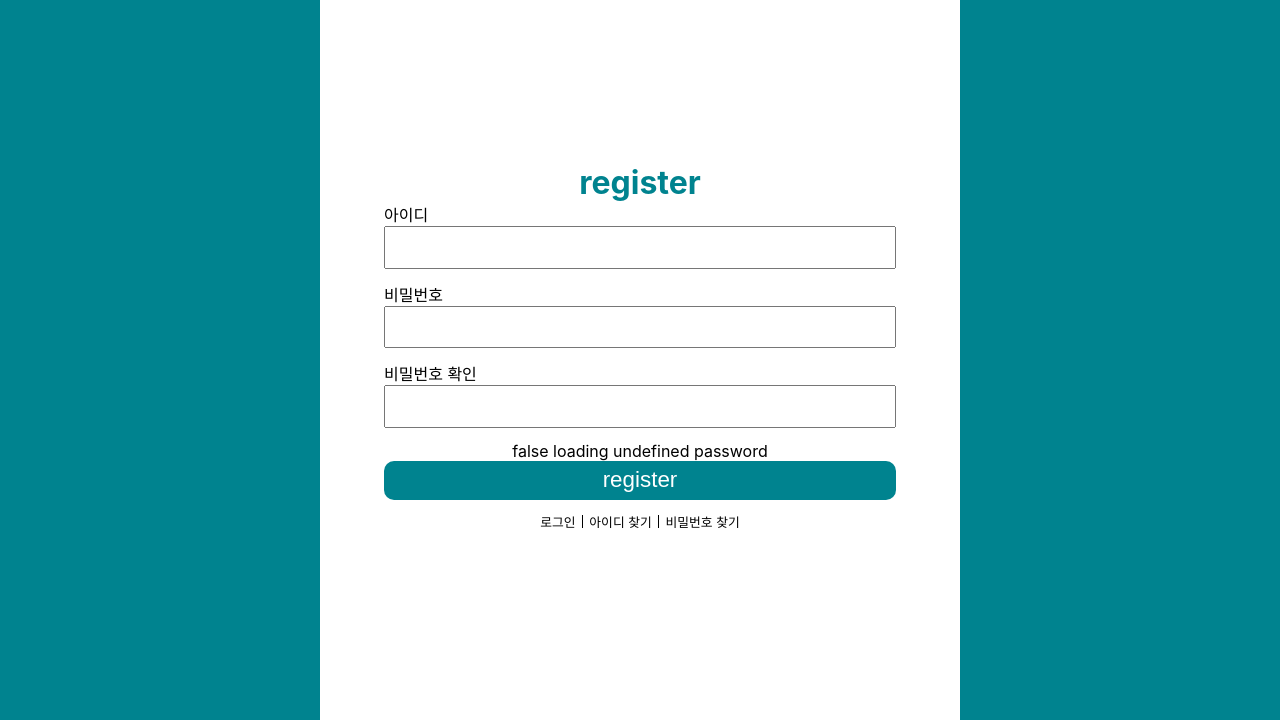
Repository: SeungYn/ticktickup-client
Page: /register
The author's editor kept a copy of each file at every save. The page is drawn from the files as they stood at one save, then again after the next save.
The browser window is 1280 px wide. The pictures show the whole page.
The project was rebuilt for these pictures with package versions that can differ from the ones it lists, and the page was loaded fresh each time. Also part of the build but not shown: src/App.tsx, src/pages/Main.tsx, src/pages/TimeDetail.tsx, src/pages/MyInfo.tsx, src/containers/auth/LoginFormContainer.tsx, src/pages/LoginPage.tsx.

Above is the page before, as saved 2023-01-03 20:56:18.

### src/index.tsx
import React from 'react';
import ReactDOM from 'react-dom/client';
import { createBrowserRouter, RouterProvider } from 'react-router-dom';

import './index.css';
import App from './App';
import Main from './pages/Main';
import TimeDetail from './pages/TimeDetail';
import MyInfo from './pages/MyInfo';
import LoginContainer from './pages/LoginPage';
import RegisterPage from './pages/RegisterPage';
import { Provider } from 'react-redux';
import { store } from './modules';

const root = ReactDOM.createRoot(
  document.getElementById('root') as HTMLElement
);

const router = createBrowserRouter([
  {
    path: '/',
    element: <App />,
    children: [
      { index: true, element: <Main /> },
      {
        path: 'TimeDetail',
        element: <TimeDetail />,
      },
      {
        path: 'Myinfo',
        element: <MyInfo />,
      },
    ],
  },
  {
    path: 'Login',
    element: <LoginContainer />,
  },
  {
    path: 'register',
    element: <RegisterPage />,
  },
]);

root.render(
  <Provider store={store}>
    <RouterProvider router={router}></RouterProvider>
  </Provider>
);

### src/index.css
* {
  box-sizing: border-box;
}

html {
  height: 100%;
  width: 100%;
}

body {
  margin: 0;
  font-family: -apple-system, BlinkMacSystemFont, 'Segoe UI', 'Roboto', 'Oxygen',
    'Ubuntu', 'Cantarell', 'Fira Sans', 'Droid Sans', 'Helvetica Neue',
    sans-serif;
  -webkit-font-smoothing: antialiased;
  -moz-osx-font-smoothing: grayscale;
  height: 100%;
  width: 100%;
}

code {
  font-family: source-code-pro, Menlo, Monaco, Consolas, 'Courier New',
    monospace;
}

#root {
  height: 100%;
  width: 100%;
  background-color: #00838f;
  display: flex;
  justify-content: center;
}

input {
  outline: none;
}

h1,
h2 {
  margin: 0;
}

button {
  outline: none;
  background: none;
  border: none;
  cursor: pointer;
  padding: 0;
}

a {
  text-decoration: none;
  color: black;
}

a:visited {
  color: black;
}

### src/pages/RegisterPage.tsx
import React from 'react';
import RegisterFormContainer from '../containers/auth/RegisterFormContainer';

export default function RegisterPage() {
  const onSubmit = (e: React.FormEvent<HTMLFormElement>) => {
    e.preventDefault();
    console.log('submit');
  };
  return <RegisterFormContainer />;
}

### src/modules/index.ts
import { configureStore } from '@reduxjs/toolkit';
import authReducer from './auth';
import loadingReducer from './Loading';

export const store = configureStore({
  reducer: { auth: authReducer, loading: loadingReducer },
});
export type RootState = ReturnType<typeof store.getState>;
export type AppDispatch = typeof store.dispatch;

### src/containers/auth/RegisterFormContainer.tsx
import React from 'react';
import { useDispatch, useSelector } from 'react-redux';
import AuthForm from '../../components/auth/AuthForm';
import { AppDispatch, RootState } from '../../modules';
import { authRegister, changeField } from '../../modules/auth';

export default function RegisterFormContainer() {
  const { register } = useSelector((state: RootState) => state.auth);
  const { loading } = useSelector((state: RootState) => state);
  const dispatch = useDispatch<AppDispatch>();
  const onSubmit = (e: React.FormEvent<HTMLFormElement>) => {
    e.preventDefault();
    console.log('submit');
    dispatch(
      authRegister({ username: register.username, password: register.password })
    );
  };

  const onChange = (e: React.ChangeEvent<HTMLInputElement>) => {
    const { name, value } = e.target;
    dispatch(changeField({ form: 'register', name, value }));
  };
  return (
    <AuthForm
      type={'register'}
      form={register}
      onChange={onChange}
      onSubmit={onSubmit}
      loading={loading.loading}
    />
  );
}

### src/modules/auth.ts
import { AxiosResponse } from 'axios';
import {
  createAsyncThunk,
  createSlice,
  current,
  PayloadAction,
} from '@reduxjs/toolkit';
import { AppDispatch } from '.';
import AuthService from '../service/authService';
import { finishLoading, startLoading } from './Loading';

const authService = AuthService.getHttpInstance();

export interface AuthSuccessResponse {
  username: string;
  token: string;
}

export interface AuthFailResponse {
  error: string;
}

export type Register = {
  username: string;
  password: string;
  passwordConfirm: string;
  passwordMatch: boolean;
  [key: string]: string | boolean;
};

export type Login = {
  username: string;
  password: string;
  [key: string]: string;
};

export const authRegister = createAsyncThunk<
  { token: string; username: string },
  { username: string; password: string },
  {
    rejectValue: AuthFailResponse;
    dispatch: AppDispatch;
  }
>('auth/REGISTER', async (form, thunkAPI) => {
  console.log('async');
  console.log(thunkAPI);
  thunkAPI.dispatch(startLoading());
  try {
    const res = (await authService.signup(
      form.username,
      form.password
    )) as AxiosResponse;
    return res.data;
  } catch (e) {
    console.log(e, 'error');
    return thunkAPI.rejectWithValue({ error: e as string });
  } finally {
    thunkAPI.dispatch(finishLoading());
  }
});

export const authLogin = createAsyncThunk(
  'auth/LOGIN',
  async (form: Login, thunkAPI) => {
    thunkAPI.dispatch(startLoading());
    try {
      return { payload: { token: '123', username: '123' } };
    } catch (e) {
      return thunkAPI.rejectWithValue({ error: '123' });
    } finally {
      thunkAPI.dispatch(finishLoading());
    }
  }
);

interface InitialAuthFormState {
  register: Register;
  login: Login;
  authError: string | null | undefined;
  authDuplicateError: string | null;
  auth: null | { [key: string]: string };
}

const initialAuthFormState: InitialAuthFormState = {
  register: {
    username: '',
    password: '',
    passwordConfirm: '',
    passwordMatch: true,
  },

  login: {
    username: '',
    password: '',
  },
  authError: null,
  authDuplicateError: null,
  auth: null,
};

const authSlice = createSlice({
  name: 'authForm',
  initialState: initialAuthFormState,
  reducers: {
    changeField: (
      state,
      {
        payload,
      }: PayloadAction<{
        form: 'login' | 'register';
        value: string;
        name: string;
      }>
    ) => {
      const { form, name, value } = payload;

      state[form][name] = value;
      if (form === 'register') {
        if (state[form].password !== state[form].passwordConfirm)
          state[form].passwordMatch = false;
        else state[form].passwordMatch = true;
      }
    },
    initialForm: (
      state,
      { payload }: PayloadAction<{ form: 'login' | 'register' }>
    ) => {
      const { form } = payload;
      if (form === 'login') state[form] = initialAuthFormState[form];
      else state[form] = initialAuthFormState[form];
    },
  },
  extraReducers: (builder) => {
    builder
      .addCase(authRegister.pending, (state, action) => {
        console.log('pending auth');
      })
      .addCase(authRegister.fulfilled, (state, action) => {
        state.auth = action.payload;
        console.log('fulfilled auth');
      })
      .addCase(authRegister.rejected, (state, action) => {
        state.authError = action.payload?.error;
      })
      .addCase(authLogin.pending, (state, action) => {
        console.log('pending');
      })
      .addCase(authLogin.fulfilled, (state, action) => {
        console.log('fulfilled');
      })
      .addCase(authLogin.rejected, (state, action) => {
        console.log('rejected');
      });
  },
});

export const { changeField, initialForm } = authSlice.actions;

export default authSlice.reducer;

### src/modules/Loading.ts
import { createSlice } from '@reduxjs/toolkit';

const loadingSlice = createSlice({
  name: 'loading',
  initialState: { loading: false },
  reducers: {
    startLoading: (state) => {
      console.log('startLoading');
      state.loading = true;
    },
    finishLoading: (state) => {
      state.loading = false;
    },
  },
});

export const { startLoading, finishLoading } = loadingSlice.actions;
export default loadingSlice.reducer;

### src/components/auth/AuthForm.tsx
import styles from './authForm.modue.scss';
import classNames from 'classnames';
import AuthBtn from '../common/AuthBtn';
import { Link } from 'react-router-dom';
import { Login, Register } from '../../modules/auth';
import { AppDispatch } from '../../modules';
import React from 'react';
import { css } from 'styled-components';
const cx = classNames.bind(styles);
interface AuthFormType {
  type: string;
  form: Login | Register;
  loading?: boolean;
  passwordMatch?: boolean;
  onSubmit: (e: React.FormEvent<HTMLFormElement>) => void;
  onChange: (e: React.ChangeEvent<HTMLInputElement>) => void;
}

export default function AuthForm({
  type,
  form,
  onChange,
  onSubmit,
  loading,
  passwordMatch,
}: AuthFormType) {
  return (
    <form className={cx('form')} onSubmit={onSubmit}>
      <h1>{type}</h1>
      <label htmlFor='username'>
        아이디
        <input
          type='text'
          name='username'
          onChange={onChange}
          value={form.username}
          required
        />
      </label>

      <label htmlFor='password'>
        비밀번호
        <input
          type='password'
          name='password'
          onChange={onChange}
          value={form.password}
          required
        />
      </label>
      {type === 'register' && (
        <label htmlFor='password'>
          비밀번호 확인
          <input
            type='password'
            name='passwordConfirm'
            value={form.passwordConfirm}
            className={cx({ passwordNotMatch: !passwordMatch })}
            onChange={onChange}
            required
          />
        </label>
      )}
      {`${loading} loading ${passwordMatch} password`}
      <AuthBtn title={type} />

      <div className={cx('footer')}>
        {type === 'login' ? (
          <Link to='/register' className={cx('footerBtn')}>
            회원가입
          </Link>
        ) : (
          <Link to='/login' className={cx('footerBtn')}>
            로그인
          </Link>
        )}
        <span className={cx('gap')}></span>
        <button className={cx('footerBtn')}>아이디 찾기</button>
        <span className={cx('gap')}></span>
        <button className={cx('footerBtn')}>비밀번호 찾기</button>
      </div>
    </form>
  );
}

### src/service/authService.ts
import { AxiosPromise, AxiosResponse } from 'axios';
import Http, { HttpInterface } from '../network/http';
export default class AuthService {
  private static instance: AuthService;

  private constructor(private http: HttpInterface) {}

  async signup(username: string, password: string) {
    const data = await this.http.fetch('/auth/signup', {
      method: 'POST',
      data: JSON.stringify({ username, password }),
    });
    console.log('data', data);
    return data;
  }

  public static getHttpInstance() {
    if (!AuthService.instance) {
      AuthService.instance = new AuthService(Http.getHttpInstance());
    }
    return AuthService.instance;
  }
}

### src/components/auth/authForm.modue.scss
@import '../../styles/utils.scss';

.form {
  width: 50%;
  height: 100%;
  display: flex;
  flex-direction: column;
  justify-content: center;
  align-items: center;
  background-color: $backgroundColor;

  padding: 0 4rem;

  & *:not(label) {
    margin-bottom: 0.8rem;
  }

  & > h1 {
    margin: 0;
    color: $main-color;
  }

  & input {
    font-size: 1.4rem;
    padding: 0.4rem 0;
  }

  & label {
    width: 100%;
    display: flex;
    flex-direction: column;
  }
}

.footer {
  display: flex;
  align-items: center;
}

.gap {
  display: inline-block;
  height: 0.8rem;
  border-left: 1px solid black;
}

.footerBtn {
  font-size: 0.8rem;
  padding: 0 0.4rem;
}

@media (max-width: 800px) {
  .form {
  }
}

### src/components/common/AuthBtn.tsx
import styled from 'styled-components';

interface AuthBtnType {
  title: string;
}

const StyledInput = styled.button`
  width: 100%;

  font-size: 1.4rem;
  border: none;
  background: #00838f;
  border-radius: 10px;
  padding: 0.4rem 0;
  color: white;
  &:hover {
    cursor: pointer;
  }
`;

export default function AuthBtn({ title }: AuthBtnType) {
  return <StyledInput>{title}</StyledInput>;
}

### src/network/http.ts
import axios, {
  AxiosError,
  AxiosInstance,
  AxiosInterceptorOptions,
  AxiosRequestConfig,
  AxiosResponse,
} from 'axios';

export interface HttpInterface {
  fetch: (
    url: string,
    options: AxiosRequestConfig
  ) => Promise<AxiosResponse | AxiosError>;
}

export default class Http implements HttpInterface {
  private static instance: Http;
  private readonly client: AxiosInstance;
  private constructor(baseURL: string) {
    this.client = axios.create({
      baseURL: baseURL,
      withCredentials: true,
    });
  }

  async fetch(
    url: string,
    options: AxiosRequestConfig
  ): Promise<AxiosResponse > {
    this.client.defaults.headers.post['Content-Type'] = 'application/json';
    const { data, method, headers } = options;
    const request = {
      url,
      method,
      headers: {
        ...headers,
      },
      data,
    };
    let res: AxiosResponse;

    try {
      res = await this.client(request);
      return res;
    } catch (e) {
      if (axios.isAxiosError(e)) {
        const message = e.response?.data?.message;
        if (message) {
          console.error(message);
          throw new Error(message);
        }
      }
      throw new Error('Connect Error');
    }
  }
  public static getHttpInstance() {
    if (!Http.instance) {
      Http.instance = new Http(process.env.REACT_APP_BASE_URL as string);
    }
    return Http.instance;
  }
}

const a: HttpInterface = Http.getHttpInstance();

### src/styles/utils.scss
@import '~include-media/dist/include-media';

$red: #fa5252;
$orange: #fd7e14;
$yellow: #fcc419;
$green: #40c057;
$blue: #339af0;
$indigo: #5c7cfa;
$violet: #7950f2;
$backgroundColor: white;
$main-color: #00838f;
$font-size-medium: 1.2rem;
@mixin square($size) {
  $calculated: 32px * $size;
  width: $calculated;
  height: $calculated;
}

Loaded but not shown: public/index.html (common file)

After the next save:
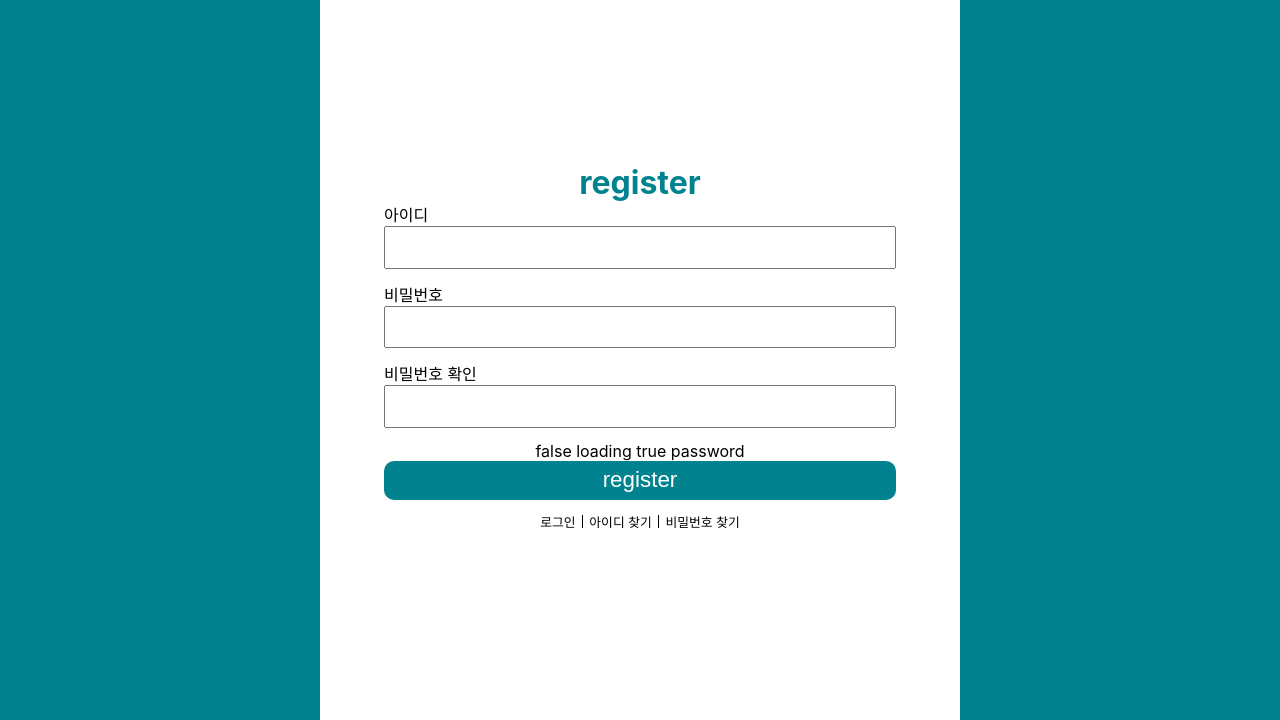
Saved 2 min 20 s later.
--- a/src/containers/auth/RegisterFormContainer.tsx
+++ b/src/containers/auth/RegisterFormContainer.tsx
@@ -20,6 +20,7 @@ export default function RegisterFormContainer() {
     const { name, value } = e.target;
     dispatch(changeField({ form: 'register', name, value }));
   };
+  console.log(register);
   return (
     <AuthForm
       type={'register'}
@@ -27,6 +28,7 @@ export default function RegisterFormContainer() {
       onChange={onChange}
       onSubmit={onSubmit}
       loading={loading.loading}
+      passwordMatch={register.passwordMatch}
     />
   );
 }
